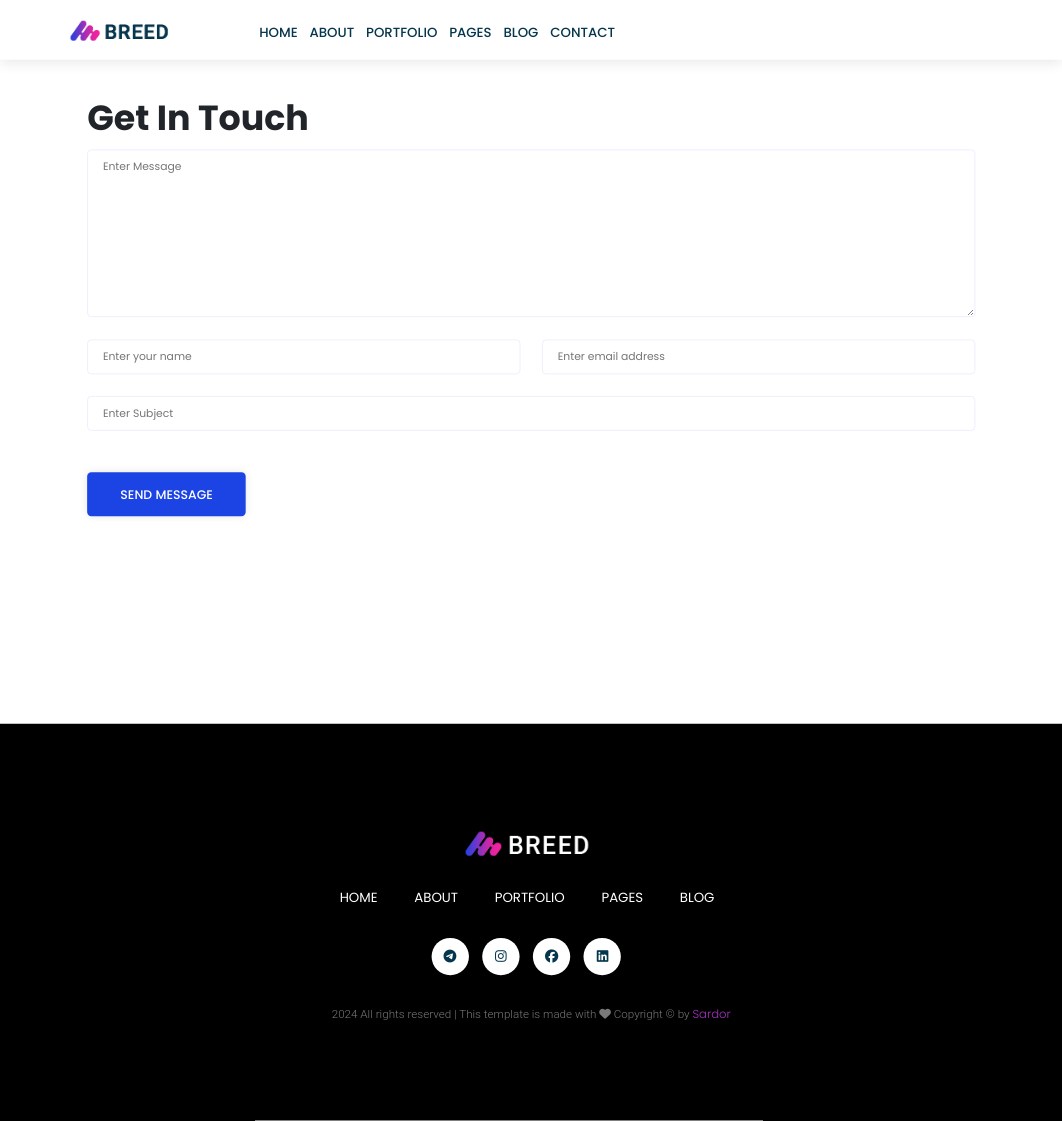
Repository: whoami2991/Sardorbek-Portfolio---Home
Page: contact.html
An editor plug-in stored every save of this project. The page is shown before and after the next save, followed by the edit.
The browser window is 1280 px wide. The pictures show the whole page, at 83% of full size.

Above is the page before, as saved 2024-07-22 13:21:16.

After the next save:
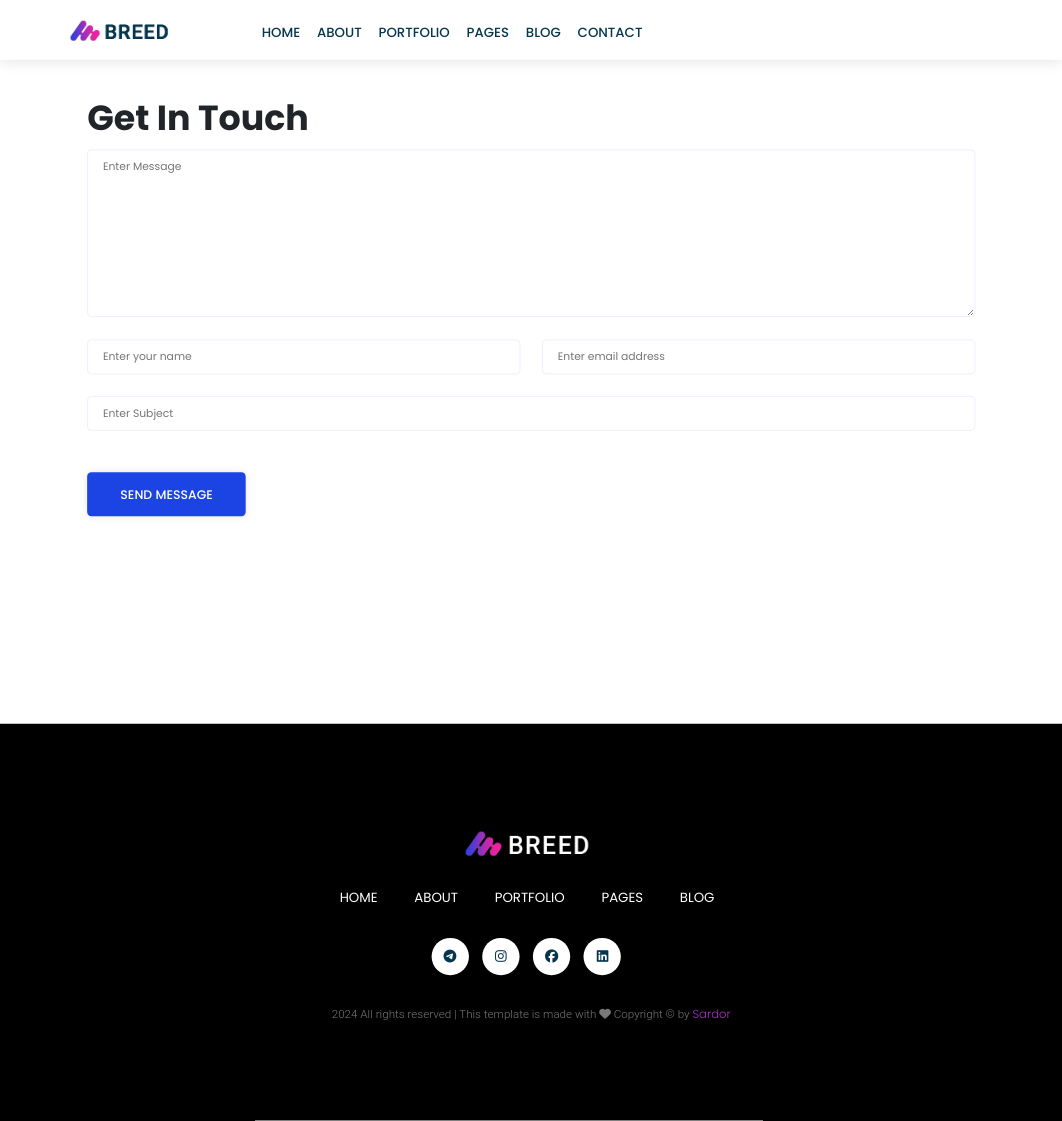
Saved 3 min 9 s later.
--- a/shared.css
+++ b/shared.css
@@ -88,7 +88,7 @@ body{
 }
 .main-navigation__item{
     display: inline-block;
-    padding: 5px;
+    padding: 5px 8px;
 }
 .main-navigation__item a{
     color: #05364D;
